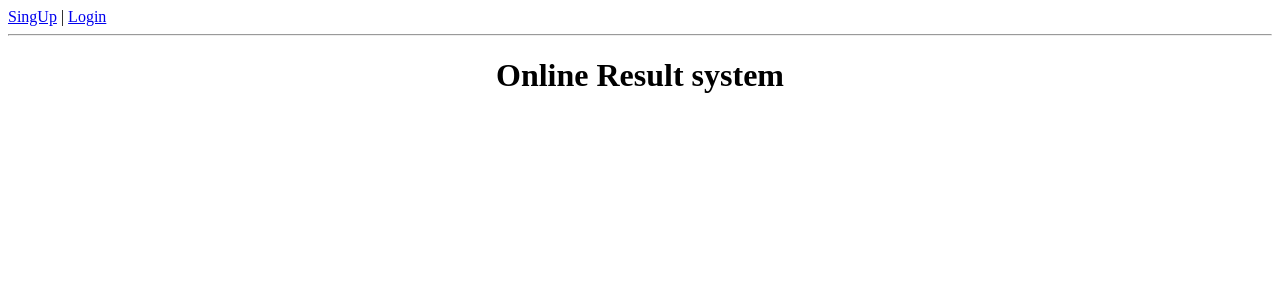
Repository: shadkhan8815/Advance-java
Page: http://localhost/Web-Project/WelcomeView.jsp
The author's editor kept a copy of each file at every save. The page is drawn from the files as they stood at one save, then again after the next save.
The browser window is 1280 px wide. The pictures show the whole page.
The page is served by Tomcat 9. Other server files are loaded and not shown.

Above is the page before, as saved 2025-04-23 18:19:51.

### Web-Project/WebContent/WelcomeView.jsp
<%@ page language="java" contentType="text/html; charset=ISO-8859-1"
	pageEncoding="ISO-8859-1"%>
<!DOCTYPE html>
<html>
<head>
<meta charset="ISO-8859-1">
<title>Insert title here</title>
</head>
<body>
	<%@ include file="Header.jsp"%>
	<h1 align="center">Online Result system</h1>

</body>
</html>

### Web-Project/WebContent/Header.jsp
<%@ page language="java" contentType="text/html; charset=ISO-8859-1"
	pageEncoding="ISO-8859-1"%>
<!DOCTYPE html>
<html>
<head>
<meta charset="ISO-8859-1">
<title>Insert title here</title>
</head>
<body>
	<a href="UserRegistrationCtl">SingUp</a> |
	<a href="LoginCtl">Login</a>
	<hr>
</body>
</html>

After the next save:
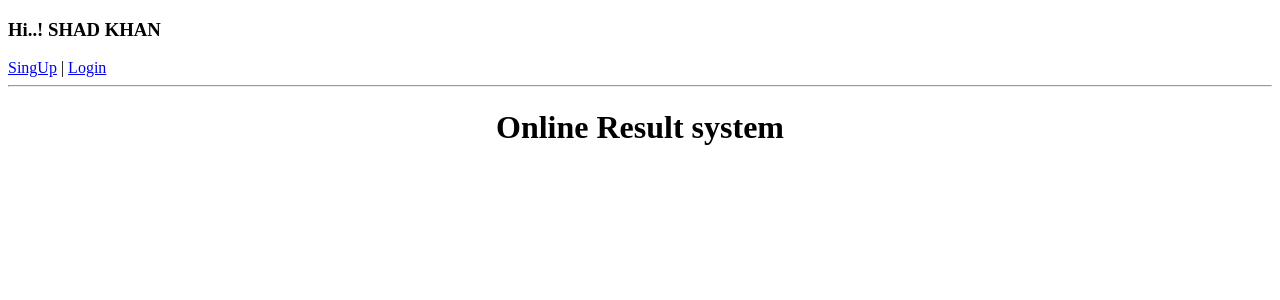
Saved 3 min 15 s later.
--- a/Web-Project/WebContent/Header.jsp
+++ b/Web-Project/WebContent/Header.jsp
@@ -7,6 +7,7 @@
 <title>Insert title here</title>
 </head>
 <body>
+	<h3>Hi..! SHAD KHAN</h3>
 	<a href="UserRegistrationCtl">SingUp</a> |
 	<a href="LoginCtl">Login</a>
 	<hr>
